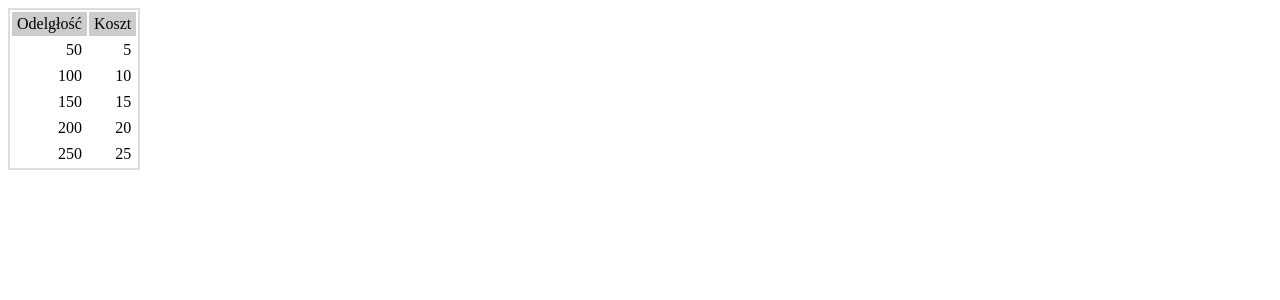
Repository: gabr/workspace
Page: http://localhost/
These files come from the project's save history. The page is drawn as it stood at one moment and after the next save; the edit follows.
The browser window is 1280 px wide. The pictures show the whole page.
The page is run by PHP 8.4 with error messages shown; the project is at /var/www/html/.

Above is the page before, as saved 2013-02-25 16:39:51.

After the next save:
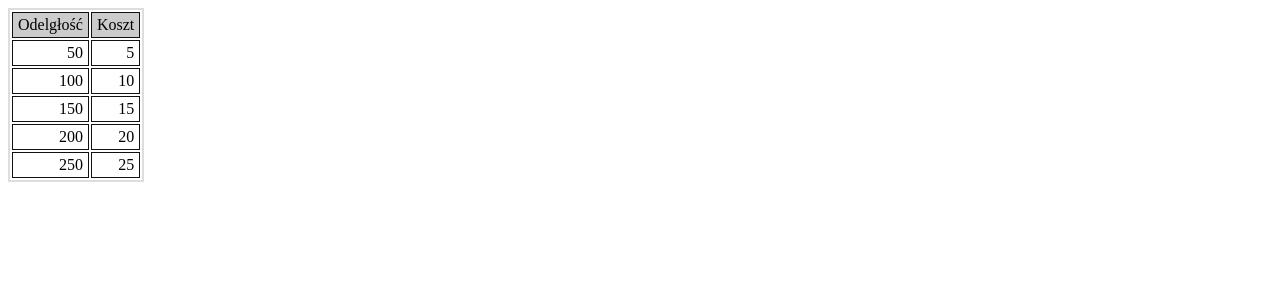
Saved 13 s later.
--- a/php 003 - petle/style.css
+++ b/php 003 - petle/style.css
@@ -8,7 +8,7 @@ tr:first-child {
   background-color: #cccccc;
 }
 
-tr {
+td {
   border: 1px solid #111111;
 }
 
